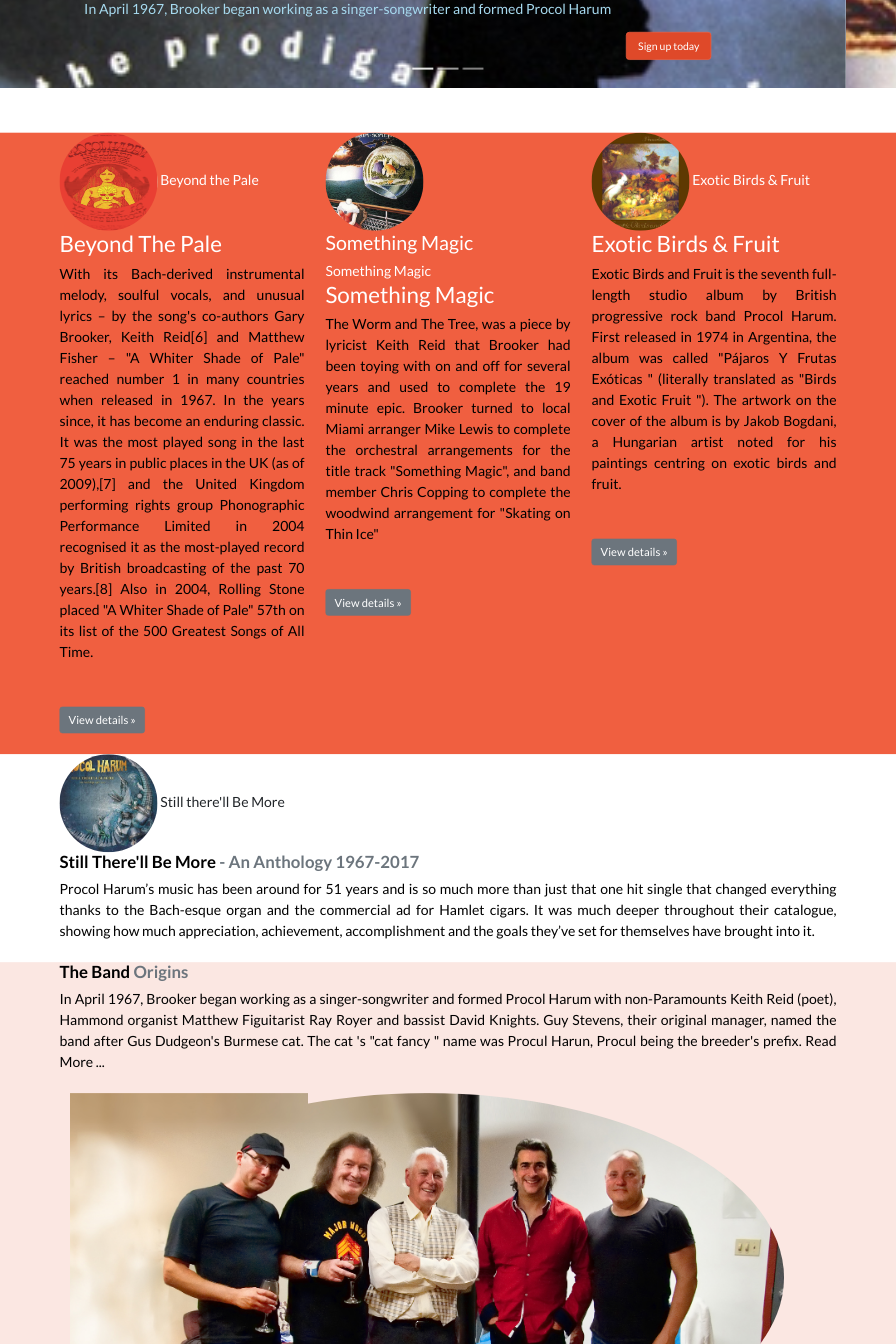
Repository: SOliv1/procol-harum-beyond-the-pale
Page: gallery.html
The author's editor kept a record of every edit. The page is drawn from the files as they stood at one moment, then again after the next edit.
The browser window is 1280 px wide. The pictures show the part of the page from y = 411 to 2331 px (the page is 2689 px tall before and 2761 px after), at 70% of full size.
Some icons come from a web library that is not loaded, so they are not drawn. Some web libraries are served in a nearby version.

Above is the page before.

After the next edit:
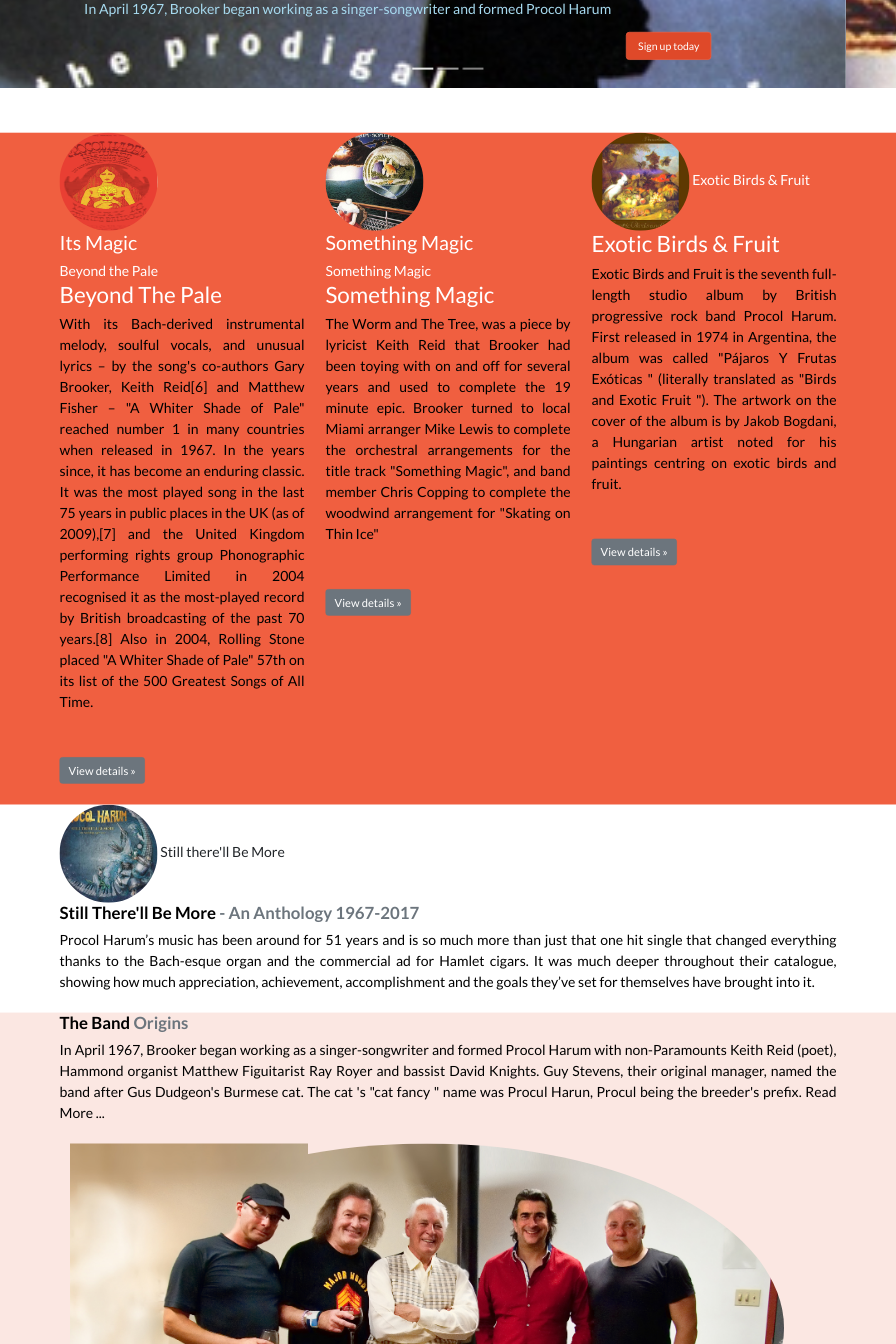
The edit:
--- a/gallery.html
+++ b/gallery.html
@@ -130,7 +130,7 @@
                         <div class="col-lg-4">
                             <img src="assets/images/poco-4.png" alt="it's-magic" class="rounded-circle" width="140" height="140" xmlns="https://images.forwardcdn.com/image/1090x480/center/images/cropped/gettyimages-74291745-1492619803.jpg" preserveAspectRatio="xMidYMid slice" focusable="false" role="img"
                                 aria-label="Placeholder: 140x140">
-                            <title>Its Magic</title>
+                            <h3>Its Magic</h3>
                             <rect width="100%" height="100%" fill="#777" /><text x="50%" y="50%" fill="#777" dy=".3em">Beyond the Pale</text></svg>
                             <h2 id="beyond">Beyond The Pale</h2>
                             <p class="carousel">With its Bach-derived instrumental melody, soulful vocals, and unusual lyrics – by the song's co-authors Gary Brooker, Keith Reid[6] and Matthew Fisher – "A Whiter Shade of Pale" reached number 1 in many countries when released
